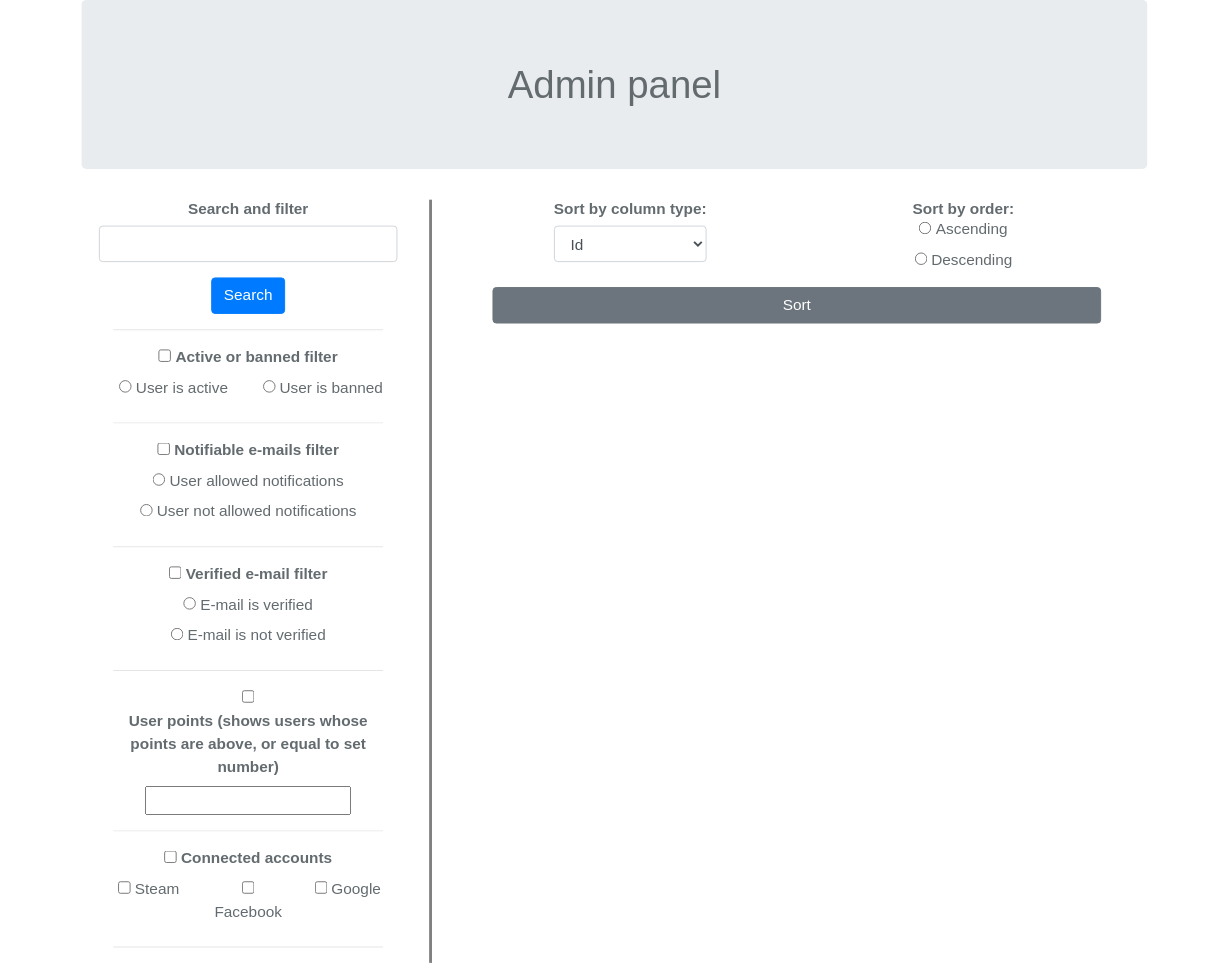
Repository: WOLVGVNG/gameclan
Page: resources/views/admin_panel.blade.php
An editor plug-in stored every save of this project. The page is shown before and after the next save, followed by the edit.
The browser window is 1280 px wide. The pictures show the whole page, at 96% of full size.
The page is served by the project's Laravel application, run on PHP 8.4 with Laravel 8. The template is opened directly, without the code that normally fills it, so the values that code supplies are empty.

Above is the page before, as saved 2019-03-20 22:50:50.

After the next save:
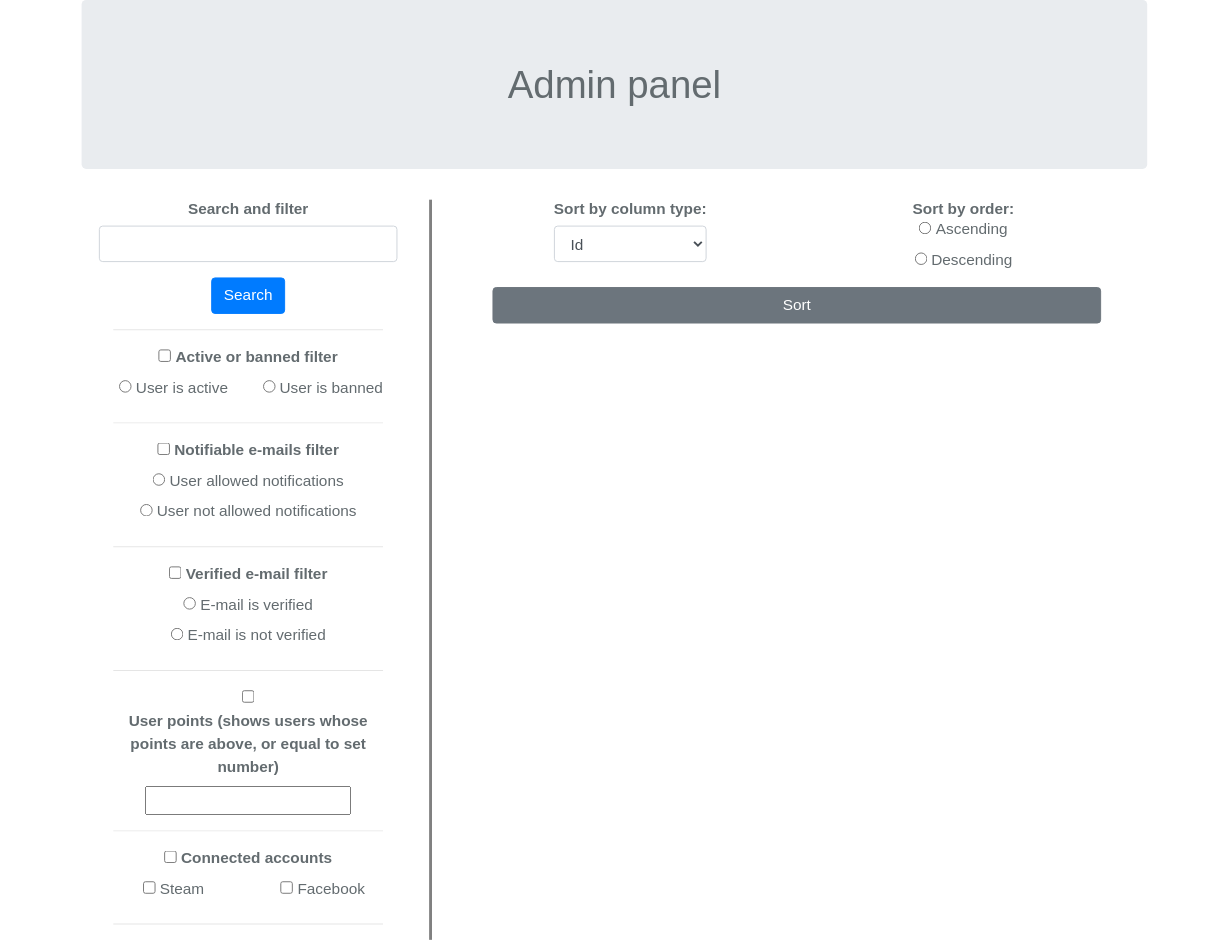
Saved 21 s later.
--- a/resources/views/admin_panel.blade.php
+++ b/resources/views/admin_panel.blade.php
@@ -104,20 +104,16 @@
 
                 <hr>
 
-                <input type='checkbox' name='filter_connected_accounts_switch' id='connected_accounts_switch' value=true @if(session('filter_connected_accounts_switch')=='true') echo checked @endif>
+                <input type='checkbox' name='filter_connected_accounts_switch' id='connected_accounts_switch' value=true @if(session('filter_connected_accounts_switch')==true) echo checked @endif>
                 <label for='connected_accounts_switch' class='font-weight-bold text-center'>Connected accounts</label>
                 <div class='row'>
                     <div class='col'>
-                        <input type='checkbox' name='filter_connected_accounts_steam' id='connected_accounts_steam' value='true' @if(session('filter_connected_accounts_steam')==true) echo checked @endif>
+                        <input type='checkbox' name='filter_connected_accounts' id='connected_accounts_steam' value='strue' @if(session('filter_connected_accounts')=='true') echo checked @endif>
                         <label for='connected_accounts_steam'>Steam</label>
                     </div>
                     <div class='col'>
-                        <input type='checkbox' name='filter_connected_accounts_facebook' id='connected_accounts_facebook' value='true' @if(session('filter_connected_accounts_facebook')=='true') echo checked @endif>
-                        <label for='connected_accounts_facebook'>Facebook</label>
-                    </div>
-                    <div class='col'>
-                        <input type='checkbox' name='filter_connected_accounts_google' id='connected_accounts_google' value=true @if(session('filter_connected_accounts_google')=='true') echo checked @endif>
-                        <label for='connected_accounts_google'>Google</label>
+                        <input type='checkbox' name='filter_connected_accounts' id='connected_accounts_google' value='true' @if(session('filter_connected_accounts')=='false') echo checked @endif>
+                        <label for='connected_accounts_google'>Facebook</label>
                     </div>
                 </div>
 

After the save that followed:
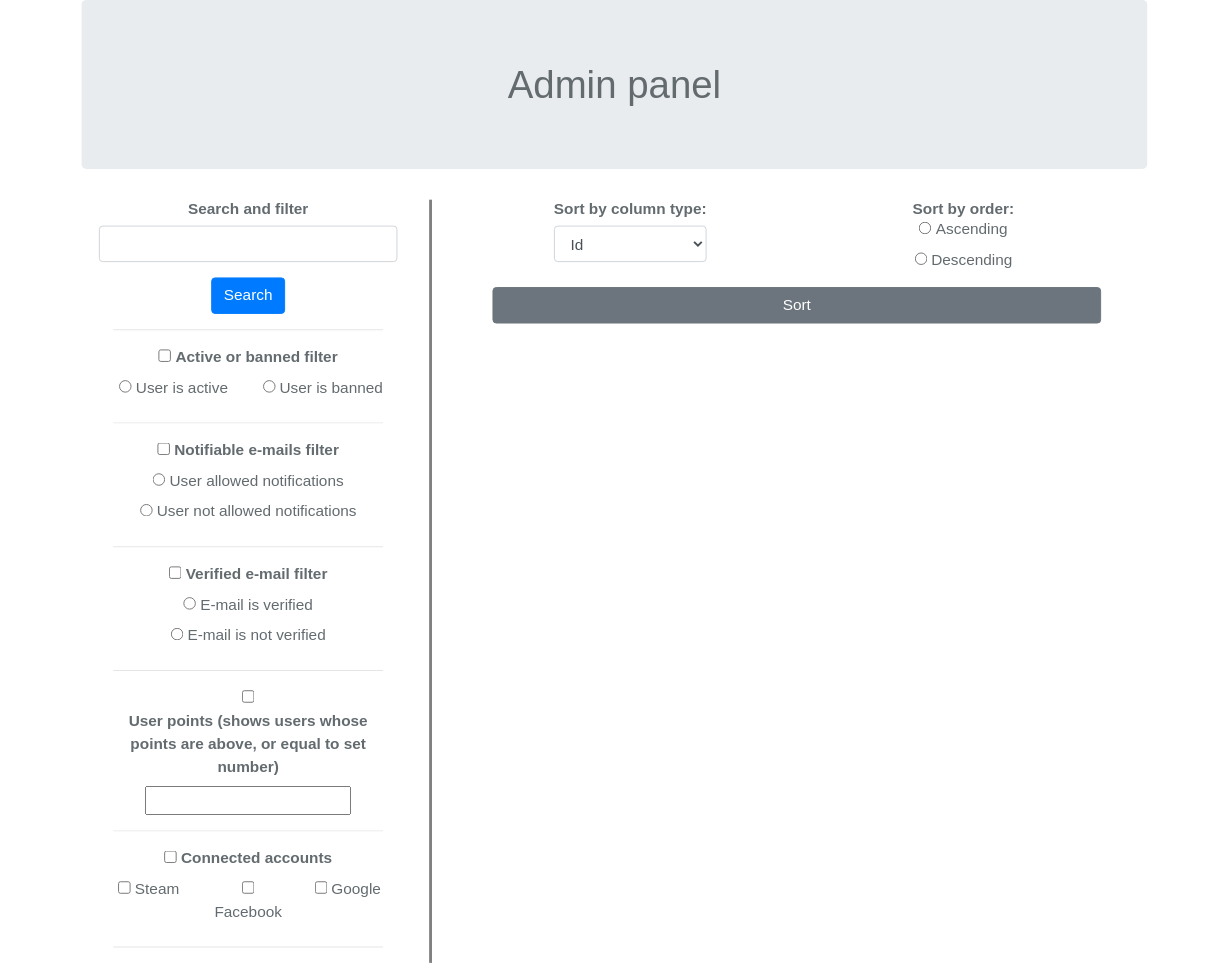
Saved 12 s later.
--- a/resources/views/admin_panel.blade.php
+++ b/resources/views/admin_panel.blade.php
@@ -108,12 +108,16 @@
                 <label for='connected_accounts_switch' class='font-weight-bold text-center'>Connected accounts</label>
                 <div class='row'>
                     <div class='col'>
-                        <input type='checkbox' name='filter_connected_accounts' id='connected_accounts_steam' value='strue' @if(session('filter_connected_accounts')=='true') echo checked @endif>
+                        <input type='checkbox' name='filter_connected_accounts_steam' id='connected_accounts_steam' value='strue' @if(session('filter_connected_accounts_steam')=='true') echo checked @endif>
                         <label for='connected_accounts_steam'>Steam</label>
                     </div>
                     <div class='col'>
-                        <input type='checkbox' name='filter_connected_accounts' id='connected_accounts_google' value='true' @if(session('filter_connected_accounts')=='false') echo checked @endif>
+                        <input type='checkbox' name='filter_connected_accounts_google' id='connected_accounts_facebook' value='true' @if(session('filter_connected_accounts_facebook')=='true') echo checked @endif>
                         <label for='connected_accounts_google'>Facebook</label>
+                    </div>
+                    <div class='col'>
+                        <input type='checkbox' name='filter_connected_accounts_google' id='connected_accounts_google' value='true' @if(session('filter_connected_accounts_google')=='true') echo checked @endif>
+                        <label for='connected_accounts_google'>Google</label>
                     </div>
                 </div>
 
